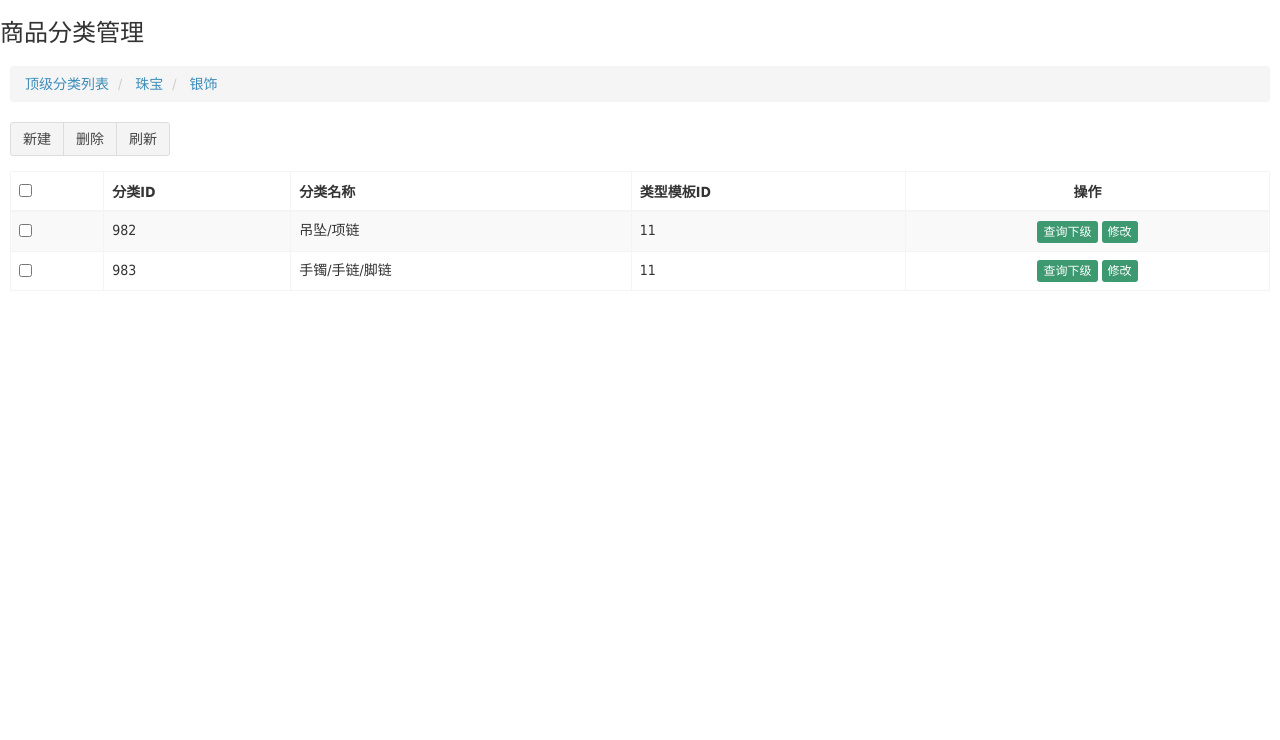
Repository: ybn19951020/pyg
Page: pinyougou-manager-web/src/main/webapp/admin/item_cat.html
These files come from the project's save history. The page is drawn as it stood at one moment and after a run of saves; the edit follows.
The browser window is 1280 px wide. The pictures show the whole page.

Above is the page before, as saved 2019-06-26 16:23:39.

After the next 5 saves:
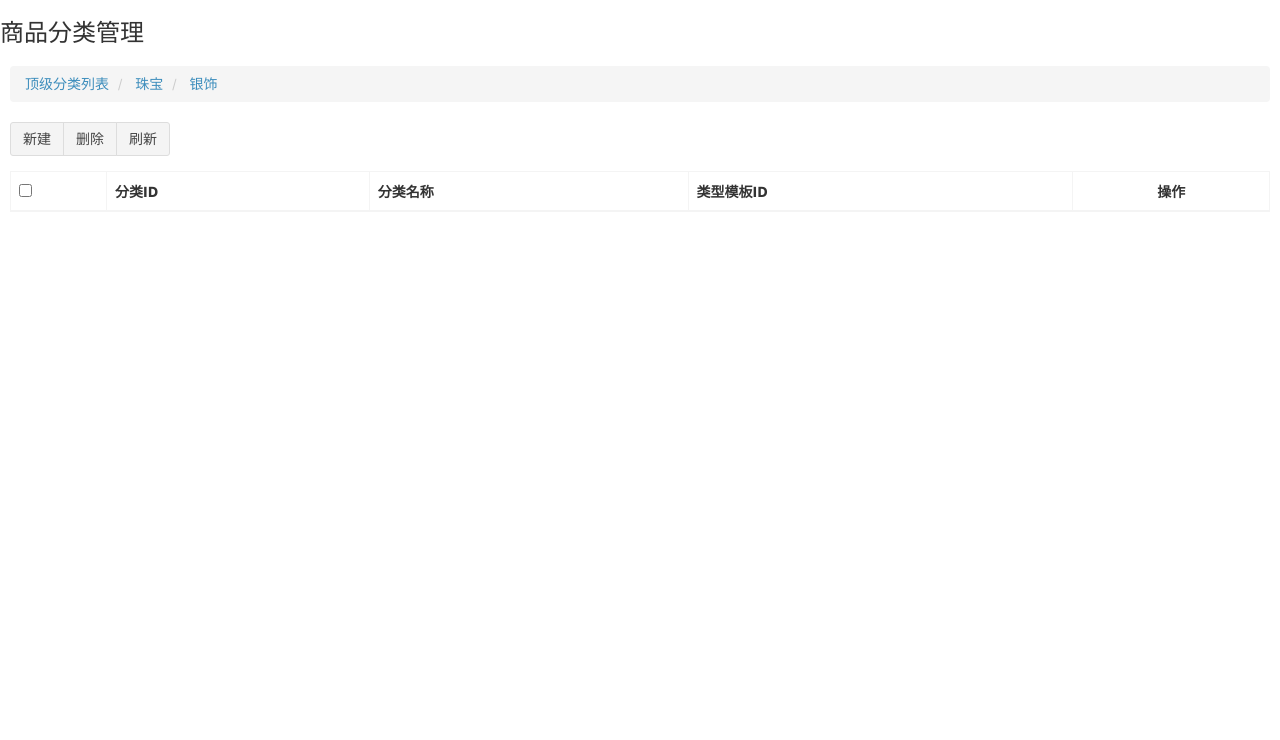
The 5 saves are shown as one change because they came seconds apart.
The last was saved 11 s later.
--- a/pinyougou-manager-web/src/main/webapp/admin/item_cat.html
+++ b/pinyougou-manager-web/src/main/webapp/admin/item_cat.html
@@ -78,7 +78,7 @@
 					</tr>
 				</thead>
 				<tbody>
-					<tr>
+					<tr ng-repeat="">
 						<td>
 							<input type="checkbox">
 						</td>
@@ -92,19 +92,7 @@
 							<button type="button" class="btn bg-olive btn-xs" data-toggle="modal" data-target="#editModal">修改</button>
 						</td>
 					</tr>
-					<tr>
-						<td>
-							<input type="checkbox"> </td>
-						<td>983</td>
-						<td>手镯/手链/脚链</td>
-						<td>
-							11
-						</td>
-						<td class="text-center">
-							<button type="button" class="btn bg-olive btn-xs">查询下级</button>
-							<button type="button" class="btn bg-olive btn-xs" data-toggle="modal" data-target="#editModal">修改</button>
-						</td>
-					</tr>
+
 
 				</tbody>
 			</table>
